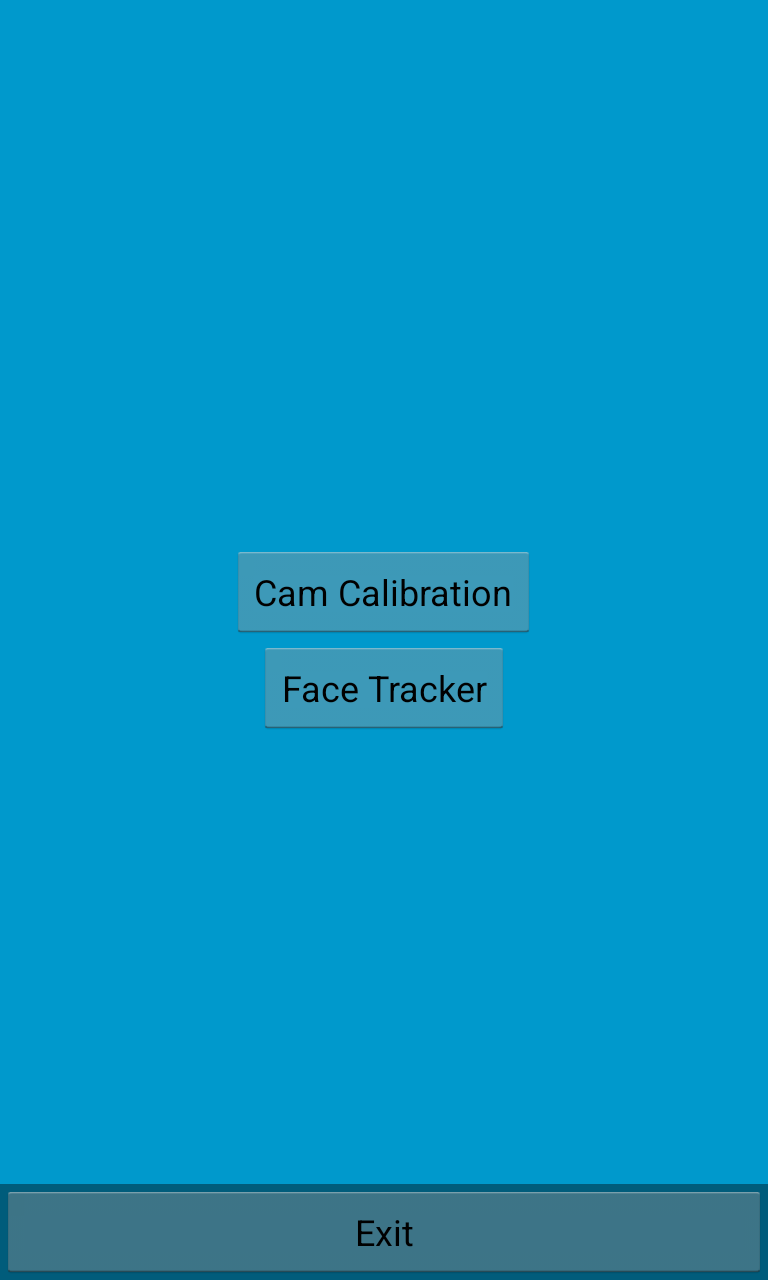
Repository: anuragawasthi89/AndroidImageProcessing
Layout: CVProcessor/res/layout/activity_main_window.xml
An editor plug-in stored every save of this project. The layout is shown before and after the next save, followed by the edit.
It is drawn on a 768 x 1280 px phone screen (xhdpi) without system bars, with theme AppTheme; the app's code is not run.

Above is the layout before, as saved 2014-02-07 19:09:15.

After the next save:
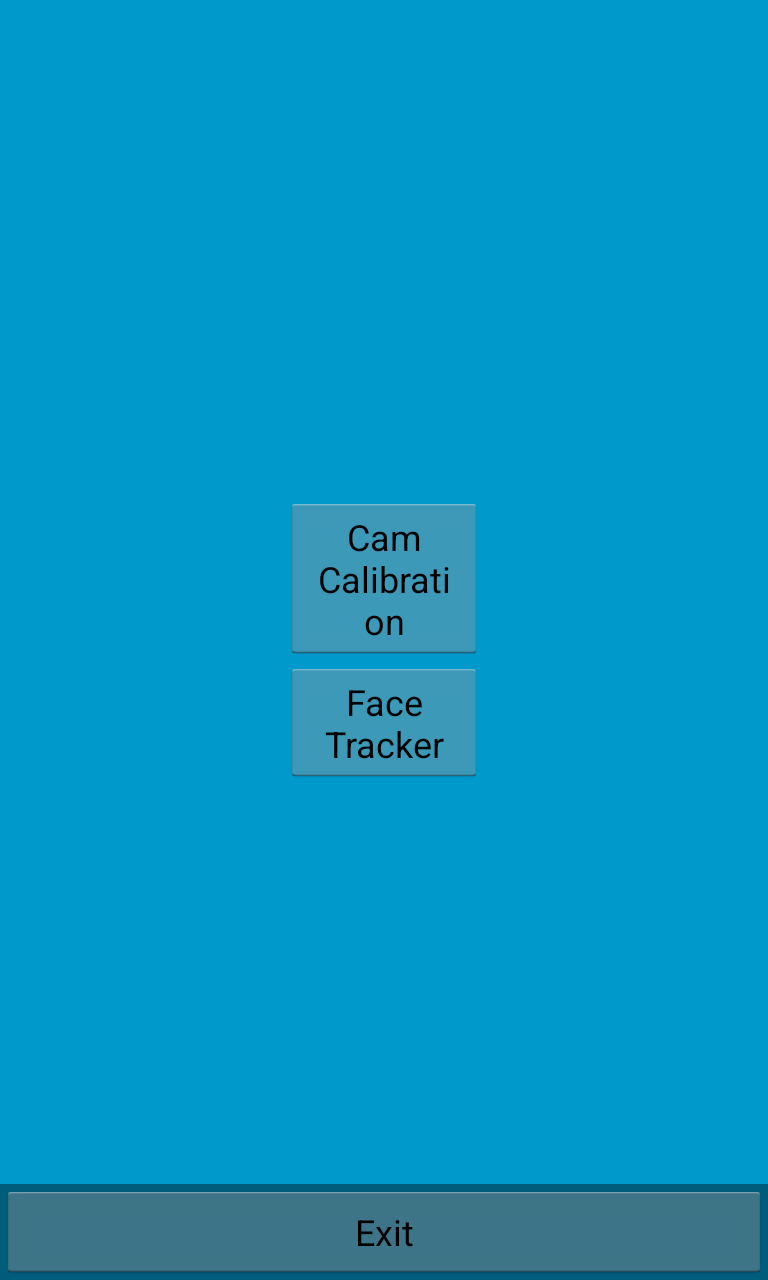
Saved 20 s later.
--- a/CVProcessor/res/layout/activity_main_window.xml
+++ b/CVProcessor/res/layout/activity_main_window.xml
@@ -21,13 +21,13 @@
 
 		<Button
 		   android:id="@+id/view_camera_calibration_button"
-		   android:layout_width="wrap_content"
+		   android:layout_width="100"
 		   android:layout_height="wrap_content"
 		   android:text="@string/view_camera_calibration_button" />
 
 		<Button
 		   android:id="@+id/face_tracking_button"
-		   android:layout_width="wrap_content"
+		   android:layout_width="100"
 		   android:layout_height="wrap_content"
 		   android:text="@string/face_tracking_button" />
 
